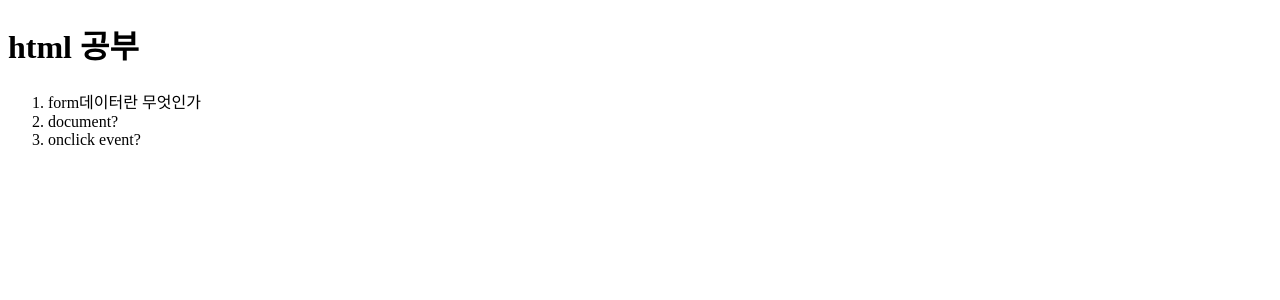
Repository: PareutPareut/frontend
Page: markDowns/study1129.html
The author's editor kept a copy of each file at every save. The page is drawn from the files as they stood at one save, then again after the next save.
The browser window is 1280 px wide. The pictures show the whole page.

Above is the page before, as saved 2023-11-29 14:39:09.

After the next save:
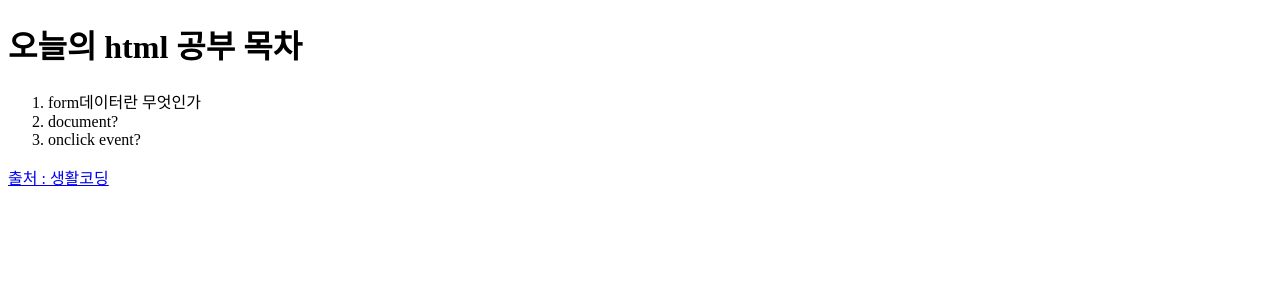
Saved 41 s later.
--- a/markDowns/study1129.html
+++ b/markDowns/study1129.html
@@ -5,7 +5,7 @@
     </head>
     <body>
         <header>
-            <h1>html 공부</h1>
+            <h1>오늘의 html 공부 목차</h1>
         </header>
         <ol>
             <li>form데이터란 무엇인가</li>
@@ -14,8 +14,10 @@
         </ol>
 
 
+
+
         <footer>
-            <a href=""
+            <a href="https://opentutorials.org/course/2039/10962">출처 : 생활코딩</a>
         </footer>
 
 
